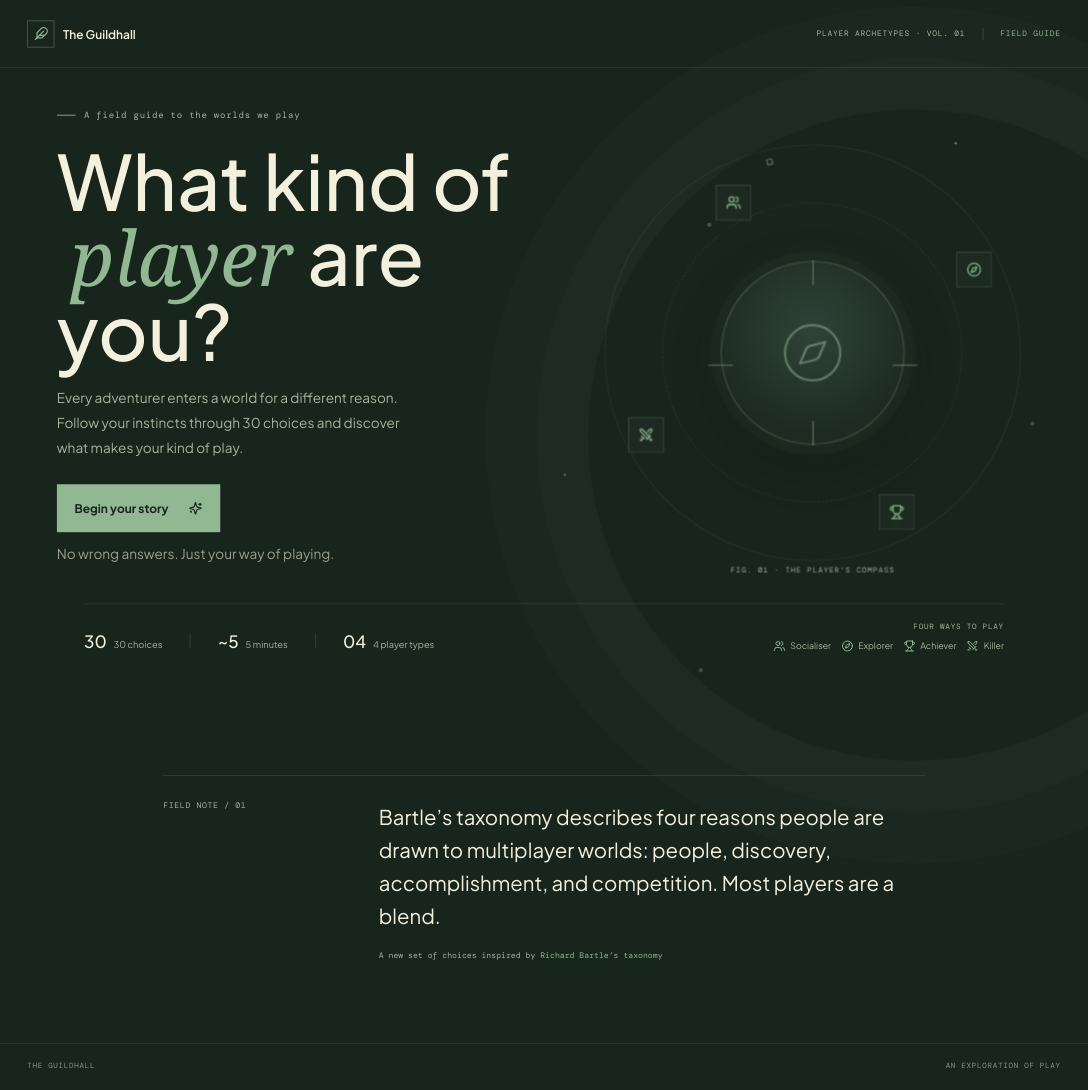
Repository: tiagoturra/bartle
Page: /
The author's editor kept a copy of each file at every save. The page is drawn from the files as they stood at one save, then again after the next save.
The browser window is 1280 px wide. The pictures show the whole page, at 85% of full size.
The project was rebuilt for these pictures with package versions that can differ from the ones it lists, and the page was loaded fresh each time. Also part of the build but not shown: vite.config.ts, src/modules/bartle/components/QuestionCard.module.scss, src/modules/bartle/components/QuestionCard.tsx, src/modules/bartle/components/ResultsPanel.module.scss, src/modules/bartle/components/ResultsPanel.tsx.

Above is the page before, as saved 2026-10-30 22:19:38.

### index.html
<!doctype html>
<html lang="en">
  <head>
    <meta charset="UTF-8" />
    <meta name="viewport" content="width=device-width, initial-scale=1.0" />
    <meta name="theme-color" content="#17251d" />
    <meta
      name="description"
      content="Discover your player type in an atmospheric, story-led Bartle test."
    />
    <link rel="preconnect" href="https://fonts.googleapis.com" />
    <link rel="preconnect" href="https://fonts.gstatic.com" crossorigin />
    <link
      href="https://fonts.googleapis.com/css2?family=DM+Mono:wght@400;500&family=Plus+Jakarta+Sans:wght@400;500;600;700;800&display=swap"
      rel="stylesheet"
    />
    <title>The Guildhall — Bartle Player Type Test</title>
  </head>
  <body>
    <div id="root"></div>
    <script type="module" src="/src/main.tsx"></script>
  </body>
</html>

### src/main.tsx
import './i18n'
import { StrictMode } from 'react'
import { createRoot } from 'react-dom/client'
import { AppRoutes } from './routes'
import './index.css'

const rootElement = document.getElementById('root')

if (!rootElement) {
  throw new Error('The application root element was not found.')
}

createRoot(rootElement).render(
  <StrictMode>
    <AppRoutes />
  </StrictMode>,
)

### src/routes/index.tsx
import { BrowserRouter, Navigate, Route, Routes } from 'react-router-dom'
import { BartlePage } from '../modules/bartle/pages/BartlePage'

export function AppRoutes() {
  return (
    <BrowserRouter>
      <Routes>
        <Route path="/" element={<BartlePage />} />
        <Route path="*" element={<Navigate to="/" replace />} />
      </Routes>
    </BrowserRouter>
  )
}

### src/index.css
@import "tailwindcss";

@theme {
  --color-forest: #17251d;
  --color-panel: #202f25;
  --color-cream: #f3f0de;
  --color-muted: #a9b29f;
  --color-accent: #91b793;
  --font-sans: "Plus Jakarta Sans", sans-serif;
  --font-mono: "DM Mono", monospace;
}

@layer base {
  :root {
    font-synthesis: none;
    text-rendering: optimizeLegibility;
    -webkit-font-smoothing: antialiased;
    -moz-osx-font-smoothing: grayscale;
    font-optical-sizing: auto;
  }

  html {
    min-width: 320px;
    scroll-behavior: smooth;
  }

  body {
    min-width: 320px;
    min-height: 100vh;
    margin: 0;
  }

  button,
  a {
    -webkit-tap-highlight-color: transparent;
  }

  ::selection {
    background: rgb(145 183 147 / 35%);
    color: #f3f0de;
  }
}

@media (prefers-reduced-motion: reduce) {
  *,
  *::before,
  *::after {
    scroll-behavior: auto !important;
    animation-duration: 0.01ms !important;
    animation-iteration-count: 1 !important;
    transition-duration: 0.01ms !important;
  }
}

### src/modules/bartle/pages/BartlePage.tsx
import { Compass, Feather, Sparkles, Swords, Trophy, Users } from 'lucide-react'
import { useEffect, useState } from 'react'
import { useTranslation } from 'react-i18next'
import {
  readSessionStorage,
  removeSessionStorage,
  writeSessionStorage,
} from '../../../core/browser/sessionStorage'
import { QuestionCard } from '../components/QuestionCard'
import { ResultsPanel } from '../components/ResultsPanel'
import testConfigJson from '../data/test.config.json'
import { calculateScores } from '../scoring'
import type { BartleTestConfig, PlayerTypeScore } from '../types'
import styles from './BartlePage.module.scss'

type TestPhase = 'intro' | 'test' | 'results'

const testConfig = testConfigJson as BartleTestConfig
const progressStorageKey = 'guildhall-bartle-progress'
const progressVersion = 1
const iconByType = {
  socialiser: Users,
  explorer: Compass,
  achiever: Trophy,
  killer: Swords,
}

interface SavedProgress {
  version: typeof progressVersion
  phase: 'test' | 'results'
  currentIndex: number
  answers: Record<string, string>
  advanceOnSelection: boolean
}

interface RestoredProgress {
  phase: TestPhase
  currentIndex: number
  answers: Record<string, string>
  advanceOnSelection: boolean
  scores: PlayerTypeScore[] | null
  storageError: boolean
}

function isValidSavedProgress(value: unknown): value is SavedProgress {
  if (!value || typeof value !== 'object') return false

  const progress = value as Partial<SavedProgress>
  if (
    progress.version !== progressVersion ||
    (progress.phase !== 'test' && progress.phase !== 'results') ||
    !Number.isInteger(progress.currentIndex) ||
    (progress.currentIndex ?? -1) < 0 ||
    (progress.currentIndex ?? testConfig.questions.length) >= testConfig.questions.length ||
    typeof progress.advanceOnSelection !== 'boolean' ||
    !progress.answers ||
    typeof progress.answers !== 'object' ||
    Array.isArray(progress.answers)
  ) {
    return false
  }

  const answers = progress.answers as Record<string, unknown>
  for (const [questionId, answerId] of Object.entries(answers)) {
    const question = testConfig.questions.find(({ id }) => id === questionId)
    if (
      !question ||
      typeof answerId !== 'string' ||
      !question.answers.some((answer) => answer.id === answerId)
    ) {
      return false
    }
  }

  const currentQuestion = testConfig.questions[progress.currentIndex!]
  if (
    progress.advanceOnSelection &&
    !currentQuestion.answers.some(
      ({ id }) => id === answers[currentQuestion.id],
    )
  ) {
    return false
  }

  if (progress.phase === 'results') {
    return (
      testConfig.questions.every((question) => answers[question.id]) &&
      !progress.advanceOnSelection
    )
  }

  return true
}

function restoreProgress(): RestoredProgress {
  const emptyProgress: RestoredProgress = {
    phase: 'intro',
    currentIndex: 0,
    answers: {},
    advanceOnSelection: false,
    scores: null,
    storageError: false,
  }
  const stored = readSessionStorage(progressStorageKey)

  if (!stored.ok) {
    console.error(stored.error)
    return { ...emptyProgress, storageError: true }
  }

  if (!stored.value) return emptyProgress

  try {
    const saved: unknown = JSON.parse(stored.value)
    if (!isValidSavedProgress(saved)) {
      return { ...emptyProgress, storageError: true }
    }

    return {
      phase: saved.phase,
      currentIndex: saved.currentIndex,
      answers: saved.answers,
      advanceOnSelection: saved.advanceOnSelection,
      scores:
        saved.phase === 'results'
          ? calculateScores(saved.answers, testConfig)
          : null,
      storageError: false,
    }
  } catch (error) {
    console.error('Unable to restore the saved Bartle test progress.', error)
    return { ...emptyProgress, storageError: true }
  }
}

export function BartlePage() {
  const { t } = useTranslation()
  const [restoredProgress] = useState(restoreProgress)
  const [phase, setPhase] = useState<TestPhase>(restoredProgress.phase)
  const [currentIndex, setCurrentIndex] = useState(restoredProgress.currentIndex)
  const [answers, setAnswers] = useState<Record<string, string>>(restoredProgress.answers)
  const [scores, setScores] = useState<PlayerTypeScore[] | null>(restoredProgress.scores)
  const [advanceOnSelection, setAdvanceOnSelection] = useState(
    restoredProgress.advanceOnSelection,
  )
  const [storageError, setStorageError] = useState(restoredProgress.storageError)
  const currentQuestion = testConfig.questions[currentIndex]

  function startTest() {
    setAnswers({})
    setCurrentIndex(0)
    setScores(null)
    setAdvanceOnSelection(false)
    setPhase('test')
  }

  function resetTest() {
    startTest()
  }

  useEffect(() => {
    if (phase === 'intro') {
      const result = removeSessionStorage(progressStorageKey)
      if (!result.ok) {
        console.error(result.error)
        setStorageError(true)
      }
      return
    }

    const progress: SavedProgress = {
      version: progressVersion,
      phase,
      currentIndex,
      answers,
      advanceOnSelection,
    }
    const result = writeSessionStorage(
      progressStorageKey,
      JSON.stringify(progress),
    )

    if (!result.ok) {
      console.error(result.error)
      setStorageError(true)
    } else {
      setStorageError(false)
    }
  }, [advanceOnSelection, answers, currentIndex, phase])

  useEffect(() => {
    if (phase !== 'test' || !advanceOnSelection) return

    const timeout = window.setTimeout(() => {
      if (currentIndex === testConfig.questions.length - 1) {
        setScores(calculateScores(answers, testConfig))
        setPhase('results')
      } else {
        setCurrentIndex((index) => index + 1)
      }

      setAdvanceOnSelection(false)
    }, 650)

    return () => window.clearTimeout(timeout)
  }, [advanceOnSelection, answers, currentIndex, phase])

  return (
    <main className={`relative min-h-dvh overflow-hidden bg-forest text-cream ${styles.pageBackdrop}`}>
      <div className="pointer-events-none absolute inset-0 z-0 overflow-hidden" aria-hidden="true">
        <span className={`absolute right-[-14%] top-[10%] aspect-square w-[min(60vw,780px)] rounded-full ${styles.ambientOrb}`} />
        <span className={styles.constellation} />
      </div>

      <header className="relative z-10 mx-auto flex min-h-16 w-full max-w-7xl items-center gap-3 border-b border-cream/10 px-4 md:min-h-20 md:gap-5 md:px-8">
        <a
          className="inline-flex cursor-pointer items-center gap-2.5 font-sans text-sm font-semibold text-cream focus-visible:outline-2 focus-visible:outline-offset-4 focus-visible:outline-accent"
          href="/"
          onClick={(event) => {
            event.preventDefault()
            setPhase('intro')
          }}
          aria-label={t('brand')}
        >
          <span className="grid size-8 place-items-center border border-accent/40 text-accent"><Feather size={17} /></span>
          <span>{t('brand')}</span>
        </a>
        <span className="ml-auto hidden font-mono text-[0.58rem] tracking-[0.1em] text-muted md:inline">{t('nav.edition')}</span>
        <span className="hidden h-3.5 w-px bg-cream/20 md:block" />
        <span className="ml-auto font-mono text-[0.53rem] tracking-[0.1em] text-accent md:ml-0 md:text-[0.58rem]">{t('nav.fieldGuide')}</span>
      </header>

      {storageError && (
        <p className="relative z-10 mx-auto my-3 w-[calc(100%-2rem)] max-w-7xl border border-[#e3a18d]/40 bg-[#e3a18d]/10 px-4 py-3 text-sm text-[#e3a18d]" role="alert">
          {t('test.storageError')}
        </p>
      )}

      <div className="relative z-10 mx-auto w-full max-w-7xl px-4 md:px-8">
        {phase === 'intro' && (
          <section className="grid min-h-[calc(100dvh-5rem)] grid-cols-1 items-center gap-4 py-14 md:grid-cols-[1.04fr_0.96fr] md:gap-0 md:py-12">
            <div className={`relative z-10 pb-0 md:pb-10 md:pl-[5.5%] ${styles.heroCopy}`}>
              <p className="mb-0 flex items-center gap-2.5 font-mono text-[0.66rem] tracking-[0.09em] text-muted">
                <span className="h-px w-[22px] bg-accent" />
                {t('intro.eyebrow')}
              </p>
              <h1 className="mb-5 mt-5 max-w-2xl font-sans text-5xl font-medium leading-[0.98] sm:text-6xl lg:mb-5 lg:mt-6 lg:text-7xl xl:text-8xl">
                {t('intro.titleStart')}
                <br />
                <span className="mx-4 font-serif font-normal italic text-accent">{t('intro.titleAccent')}</span>
                {t('intro.titleEnd')}
              </h1>
              <p className="m-0 max-w-[410px] leading-[1.85] text-muted">{t('intro.description')}</p>
              <button className="mt-7 inline-flex min-h-14 cursor-pointer items-center gap-6 border border-accent bg-accent px-5 text-sm font-bold text-forest transition duration-200 hover:-translate-y-0.5 hover:bg-[#a5c5a5] hover:shadow-lg focus-visible:outline-2 focus-visible:outline-offset-4 focus-visible:outline-cream" type="button" onClick={startTest}>
                {t('intro.begin')}
                <span aria-hidden="true"><Sparkles size={16} /></span>
              </button>
              <p className="mb-0 mt-3.5 text-s text-cream/60">{t('intro.footnote')}</p>
            </div>

            <div className={`relative mx-auto grid aspect-square w-[min(82vw,420px)] place-items-center justify-self-center md:w-full md:max-w-[570px] ${styles.heroArt}`} aria-hidden="true">
              <div className={`${styles.orbit} ${styles.orbitOuter}`} />
              <div className={`${styles.orbit} ${styles.orbitInner}`} />
              <div className={styles.artHalo} />
              <div className={styles.artCore}>
                <div className={styles.compassRose}>
                  <span className={styles.roseNorth} />
                  <span className={styles.roseSouth} />
                  <span className={styles.roseEast} />
                  <span className={styles.roseWest} />
                  <Compass size={78} strokeWidth={0.75} />
                </div>
              </div>
              <span className={`${styles.typeMark} ${styles.markSocial}`}><Users size={18} /></span>
              <span className={`${styles.typeMark} ${styles.markExplore}`}><Compass size={18} /></span>
              <span className={`${styles.typeMark} ${styles.markAchieve}`}><Trophy size={18} /></span>
              <span className={`${styles.typeMark} ${styles.markKiller}`}><Swords size={18} /></span>
              <span className="absolute bottom-[3%] font-mono text-[0.5rem] tracking-[0.12em] text-muted md:bottom-[4%] md:text-[0.56rem]">{t('intro.artCaption')}</span>
            </div>

            <div className="col-span-full mx-0 mt-2 grid grid-cols-1 items-end gap-6 border-t border-cream/10 pt-5 md:mx-[5.5%] md:grid-cols-[1fr_auto] md:gap-5">
              <div className="flex items-center justify-between gap-4 md:justify-start md:gap-8">
                <div className="flex flex-col items-start gap-0 md:flex-row md:items-baseline md:gap-2"><strong className="font-sans text-xl font-medium text-cream">30</strong><span className="text-[0.68rem] text-muted">{t('intro.stats.choices')}</span></div>
                <span className="h-[18px] w-px bg-cream/15" />
                <div className="flex flex-col items-start gap-0 md:flex-row md:items-baseline md:gap-2"><strong className="font-sans text-xl font-medium text-cream">~5</strong><span className="text-[0.68rem] text-muted">{t('intro.stats.time')}</span></div>
                <span className="h-[18px] w-px bg-cream/15" />
                <div className="flex flex-col items-start gap-0 md:flex-row md:items-baseline md:gap-2"><strong className="font-sans text-xl font-medium text-cream">04</strong><span className="text-[0.68rem] text-muted">{t('intro.stats.types')}</span></div>
              </div>
              <div className="flex flex-wrap items-center justify-start gap-x-3 gap-y-2 md:max-w-[330px] md:justify-end">
                <span className="w-full font-mono text-[0.56rem] tracking-[0.1em] text-muted md:text-right">{t('intro.typesLabel')}</span>
                {testConfig.categories.map(({ id }) => {
                  const Icon = iconByType[id]

                  return (
                    <span className="inline-flex items-center gap-1.5 text-[0.65rem] text-muted" key={id}>
                      <Icon className="text-accent" size={14} aria-hidden="true" />
                      {t(`types.${id}.name`)}
                    </span>
                  )
                })}
              </div>
              <a className="hidden cursor-pointer items-center gap-3 font-mono text-[0.55rem] tracking-[0.1em] text-muted no-underline max-md:inline-flex" href="#about">
                {t('intro.scroll')}
                <span className="h-px w-[34px] bg-accent" />
              </a>
            </div>
          </section>
        )}

        {phase === 'test' && currentQuestion && (
          <div className="flex min-h-[calc(100dvh-5rem)] items-center justify-center py-9 md:py-[70px]">
            <QuestionCard
              key={currentQuestion.id}
              question={currentQuestion}
              questionIndex={currentIndex}
              questionCount={testConfig.questions.length}
              selectedAnswer={answers[currentQuestion.id]}
              isAdvancing={advanceOnSelection}
              isFirst={currentIndex === 0}
              onReset={resetTest}
              onSelect={(answerId) => {
                setAnswers((previous) => ({
                  ...previous,
                  [currentQuestion.id]: answerId,
                }))
                setAdvanceOnSelection(true)
              }}
              onPrevious={() => {
                setAdvanceOnSelection(false)
                setCurrentIndex((index) => Math.max(0, index - 1))
              }}
            />
          </div>
        )}

        {phase === 'results' && scores && (
          <div className="flex min-h-[calc(100dvh-5rem)] items-center justify-center py-9 md:py-[70px]">
            <ResultsPanel scores={scores} onRestart={startTest} />
          </div>
        )}
      </div>

      {phase === 'intro' && (
        <section className="mx-auto my-12 grid w-[calc(100%-2rem)] max-w-4xl grid-cols-1 gap-4 border-t border-cream/15 pt-7 md:my-24 md:grid-cols-[minmax(100px,0.32fr)_1fr] md:gap-x-12 md:gap-y-5" id="about">
          <span className="font-mono text-[0.6rem] tracking-[0.08em] text-muted">{t('about.index')}</span>
          <p className="m-0 max-w-2xl font-sans text-xl leading-relaxed text-cream md:text-2xl">{t('about.description')}</p>
          <span className="font-mono text-[0.6rem] text-muted md:col-start-2">
            {t('about.source')}{' '}
            <a className="cursor-pointer text-accent underline-offset-4 hover:text-cream" href="http://mud.co.uk/richard/hcds.htm" target="_blank" rel="noreferrer">
              {t('about.sourceLink')}
            </a>
          </span>
        </section>
      )}

      <footer className="relative z-10 mx-auto flex w-full max-w-7xl justify-between border-t border-cream/10 px-4 py-5 font-mono text-[0.55rem] tracking-[0.1em] text-cream/55 md:px-8">
        <span>{t('footer.brand')}</span>
        <span>{t('footer.tagline')}</span>
      </footer>
    </main>
  )
}

### src/core/browser/sessionStorage.ts
export type SessionStorageResult =
  | { ok: true; value: string | null }
  | { ok: false; error: Error }

export type SessionStorageWriteResult =
  | { ok: true }
  | { ok: false; error: Error }

export function readSessionStorage(key: string): SessionStorageResult {
  if (typeof window === 'undefined') {
    return { ok: true, value: null }
  }

  try {
    return { ok: true, value: window.sessionStorage.getItem(key) }
  } catch (error) {
    return {
      ok: false,
      error: new Error('Unable to read session storage.', { cause: error }),
    }
  }
}

export function writeSessionStorage(
  key: string,
  value: string,
): SessionStorageWriteResult {
  if (typeof window === 'undefined') {
    return { ok: true }
  }

  try {
    window.sessionStorage.setItem(key, value)
    return { ok: true }
  } catch (error) {
    return {
      ok: false,
      error: new Error('Unable to save session storage.', { cause: error }),
    }
  }
}

export function removeSessionStorage(key: string): SessionStorageWriteResult {
  if (typeof window === 'undefined') {
    return { ok: true }
  }

  try {
    window.sessionStorage.removeItem(key)
    return { ok: true }
  } catch (error) {
    return {
      ok: false,
      error: new Error('Unable to clear session storage.', { cause: error }),
    }
  }
}

### src/modules/bartle/scoring.ts
import type {
  BartleTestConfig,
  PlayerTypeId,
  PlayerTypeScore,
} from './types'

export function calculateScores(
  answers: Record<string, string>,
  config: BartleTestConfig,
): PlayerTypeScore[] {
  const points = Object.fromEntries(
    config.categories.map(({ id }) => [id, 0]),
  ) as Record<PlayerTypeId, number>

  for (const question of config.questions) {
    const answerId = answers[question.id]
    const answer = question.answers.find(({ id }) => id === answerId)

    if (!answer) {
      throw new Error(`A valid answer is required for question "${question.id}".`)
    }

    for (const [category, score] of Object.entries(answer.scores)) {
      if (!(category in points) || typeof score !== 'number' || score < 0) {
        throw new Error(`Invalid scoring rule on question "${question.id}".`)
      }

      points[category as PlayerTypeId] += score
    }
  }

  const totalPoints = Object.values(points).reduce((sum, score) => sum + score, 0)

  if (totalPoints === 0) {
    throw new Error('The test configuration must award at least one point.')
  }

  return config.categories
    .map(({ id }) => ({
      id,
      points: points[id],
      percentage: (points[id] / totalPoints) * 100,
    }))
    .sort((first, second) => second.points - first.points)
}

Loaded but not shown: src/modules/bartle/data/test.config.json (271 lines, source omitted); src/i18n/locales/de-DE/questions.json (32 lines, source omitted); src/i18n/locales/en-US/questions.json (212 lines, source omitted); src/i18n/locales/fr-FR/questions.json (32 lines, source omitted); src/i18n/locales/pt-BR/questions.json (32 lines, source omitted); src/i18n/locales/fr-FR/common.json (86 lines, source omitted); src/i18n/locales/de-DE/common.json (86 lines, source omitted); src/i18n/locales/pt-BR/common.json (86 lines, source omitted); src/i18n/locales/en-US/common.json (86 lines, source omitted); src/i18n/locales/pt-BR/bartle.json (6 lines, source omitted); src/i18n/locales/fr-FR/bartle.json (6 lines, source omitted); src/i18n/locales/de-DE/bartle.json (6 lines, source omitted); src/i18n/locales/en-US/bartle.json (6 lines, source omitted); src/modules/bartle/pages/BartlePage.module.scss (729 lines, source omitted); src/i18n/index.ts (53 lines, source omitted)

After the next save:
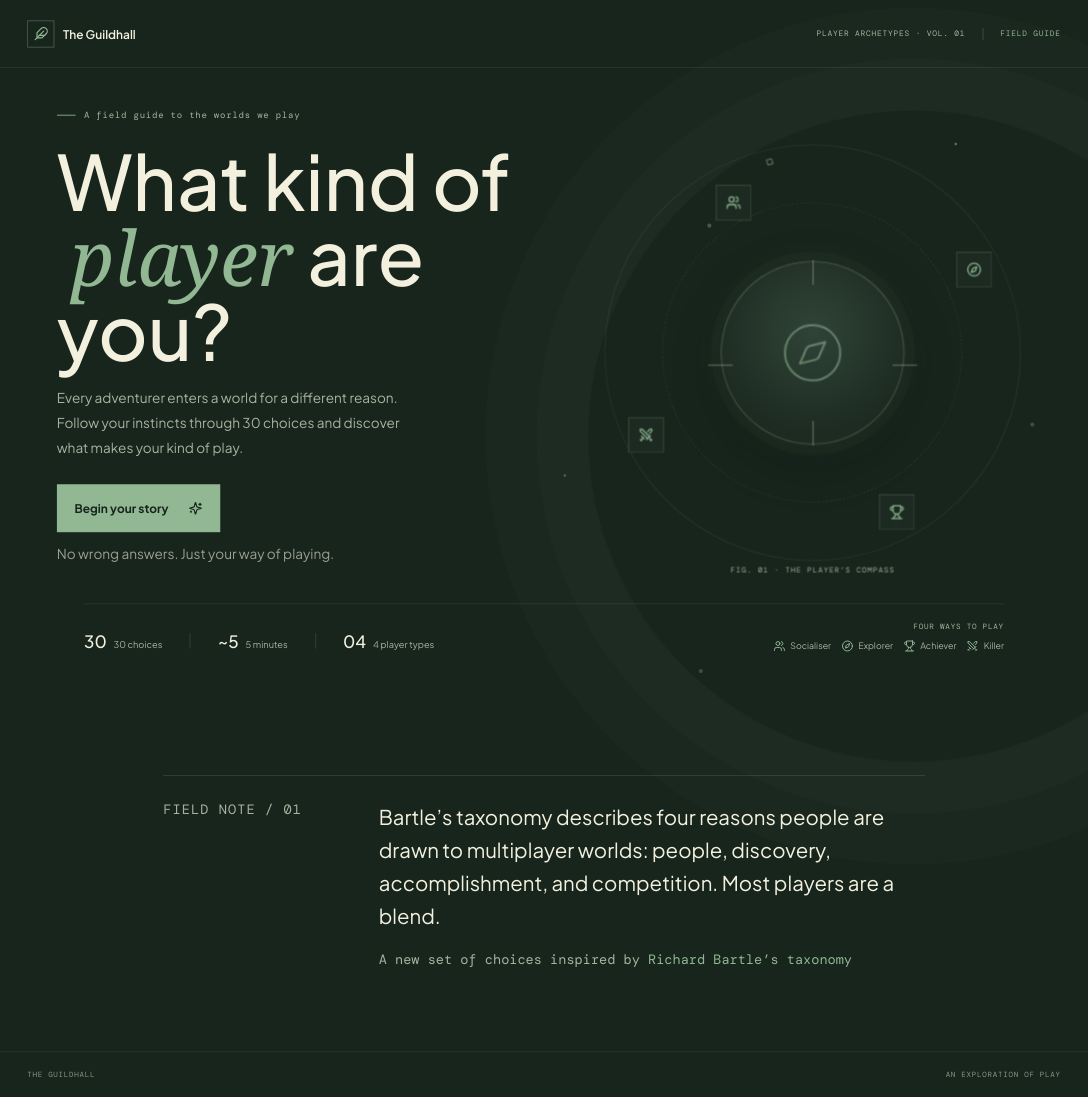
Saved 54 s later.
--- a/src/modules/bartle/pages/BartlePage.tsx
+++ b/src/modules/bartle/pages/BartlePage.tsx
@@ -342,9 +342,9 @@ export function BartlePage() {
 
       {phase === 'intro' && (
         <section className="mx-auto my-12 grid w-[calc(100%-2rem)] max-w-4xl grid-cols-1 gap-4 border-t border-cream/15 pt-7 md:my-24 md:grid-cols-[minmax(100px,0.32fr)_1fr] md:gap-x-12 md:gap-y-5" id="about">
-          <span className="font-mono text-[0.6rem] tracking-[0.08em] text-muted">{t('about.index')}</span>
+          <span className="font-mono tracking-[0.08em] text-muted">{t('about.index')}</span>
           <p className="m-0 max-w-2xl font-sans text-xl leading-relaxed text-cream md:text-2xl">{t('about.description')}</p>
-          <span className="font-mono text-[0.6rem] text-muted md:col-start-2">
+          <span className="font-mono text-muted md:col-start-2">
             {t('about.source')}{' '}
             <a className="cursor-pointer text-accent underline-offset-4 hover:text-cream" href="http://mud.co.uk/richard/hcds.htm" target="_blank" rel="noreferrer">
               {t('about.sourceLink')}
